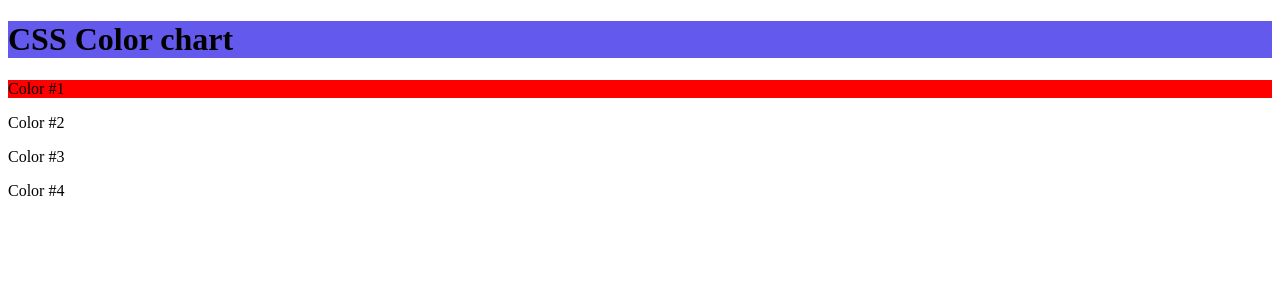
Repository: daehyeonhong/HTML
Page: ch04/WebContent/css/colorcss.html
The author's editor kept a copy of each file at every save. The page is drawn from the files as they stood at one save, then again after the next save.
The browser window is 1280 px wide. The pictures show the whole page.

Above is the page before, as saved 2020-05-19 03:43:46.

### ch04/WebContent/css/colorcss.html
<!DOCTYPE html>
<html>
<head>
<meta charset="UTF-8">
<title>Insert title here</title>
<style>
h1 {
	background-color: #6459ed;
}

p.a {
	background-color: #f00;
}
</style>
</head>
<body>
	<h1>CSS Color chart</h1>
	<p class="a">Color #1</p>
	<p class="b">Color #2</p>
	<p class="c">Color #3</p>
	<p class="d">Color #4</p>
</body>
</html>

After the next save:
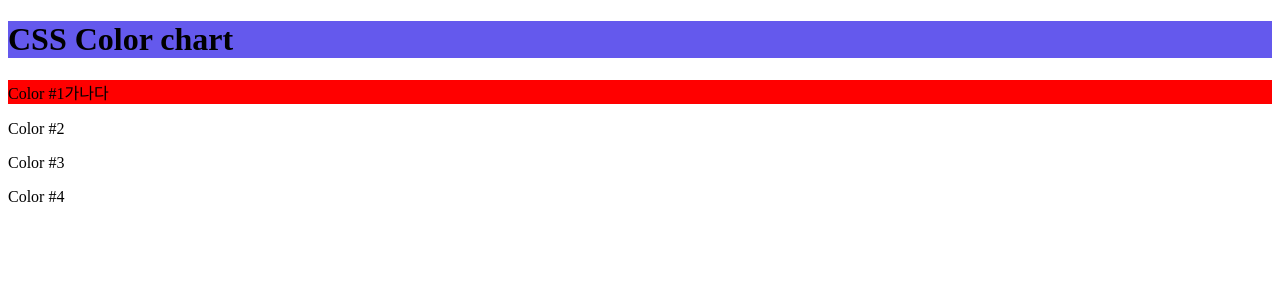
Saved 21 s later.
--- a/ch04/WebContent/css/colorcss.html
+++ b/ch04/WebContent/css/colorcss.html
@@ -15,7 +15,7 @@ p.a {
 </head>
 <body>
 	<h1>CSS Color chart</h1>
-	<p class="a">Color #1</p>
+	<p class="a">Color #1<span class="a">가나다</span></p>
 	<p class="b">Color #2</p>
 	<p class="c">Color #3</p>
 	<p class="d">Color #4</p>
